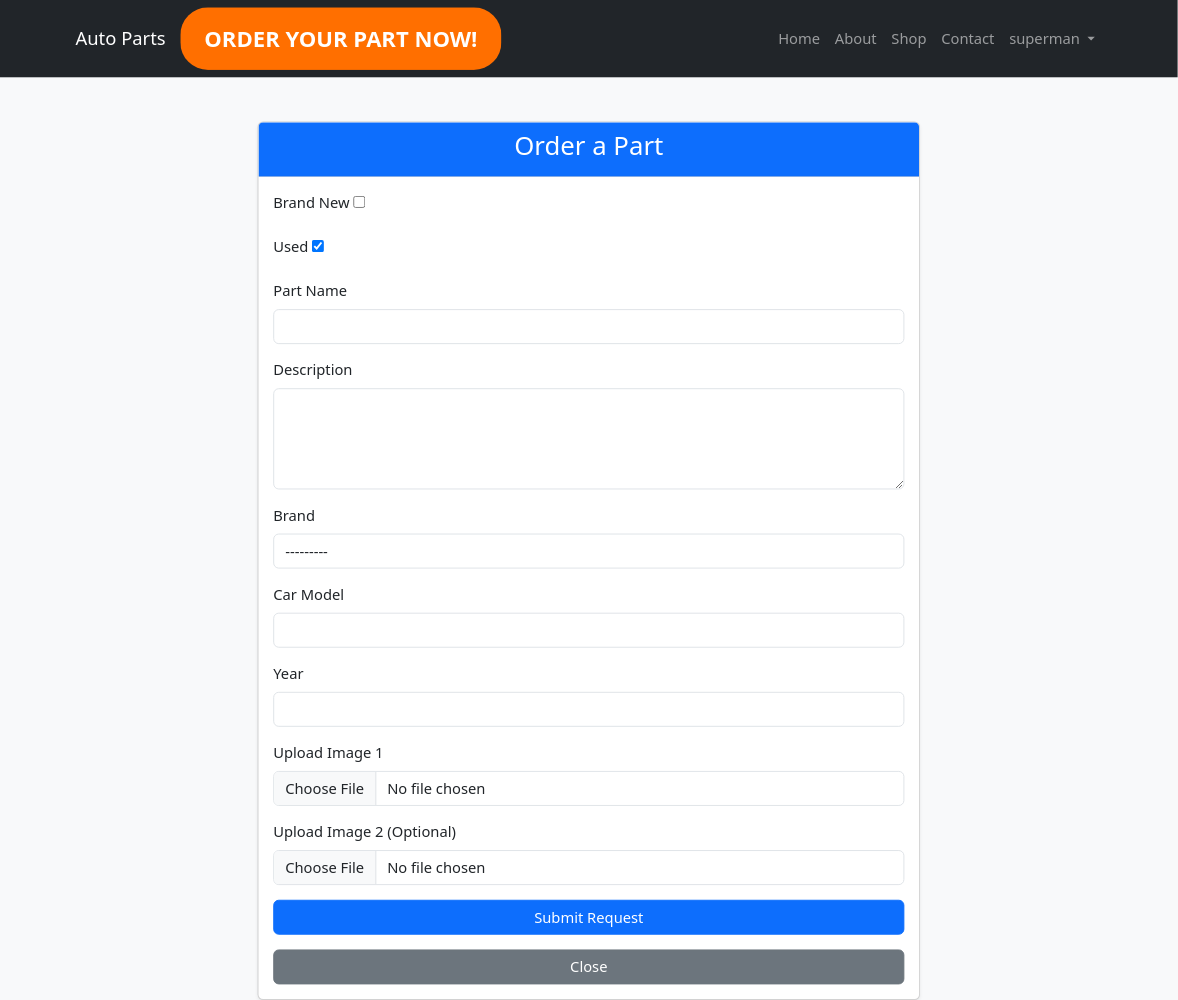
Repository: Jijiluzana225/onlineparts
Page: http://localhost/order/
An editor plug-in stored every save of this project. The page is shown before and after the next save, followed by the edit.
The browser window is 1280 px wide. The pictures show the whole page, at 92% of full size.
The page is served by the project's application, run on Django 5.2 (manage.py). The first stored user is signed in. The page reads the database file committed with the project.

Above is the page before, as saved 2025-02-19 13:49:25.

After the next save:
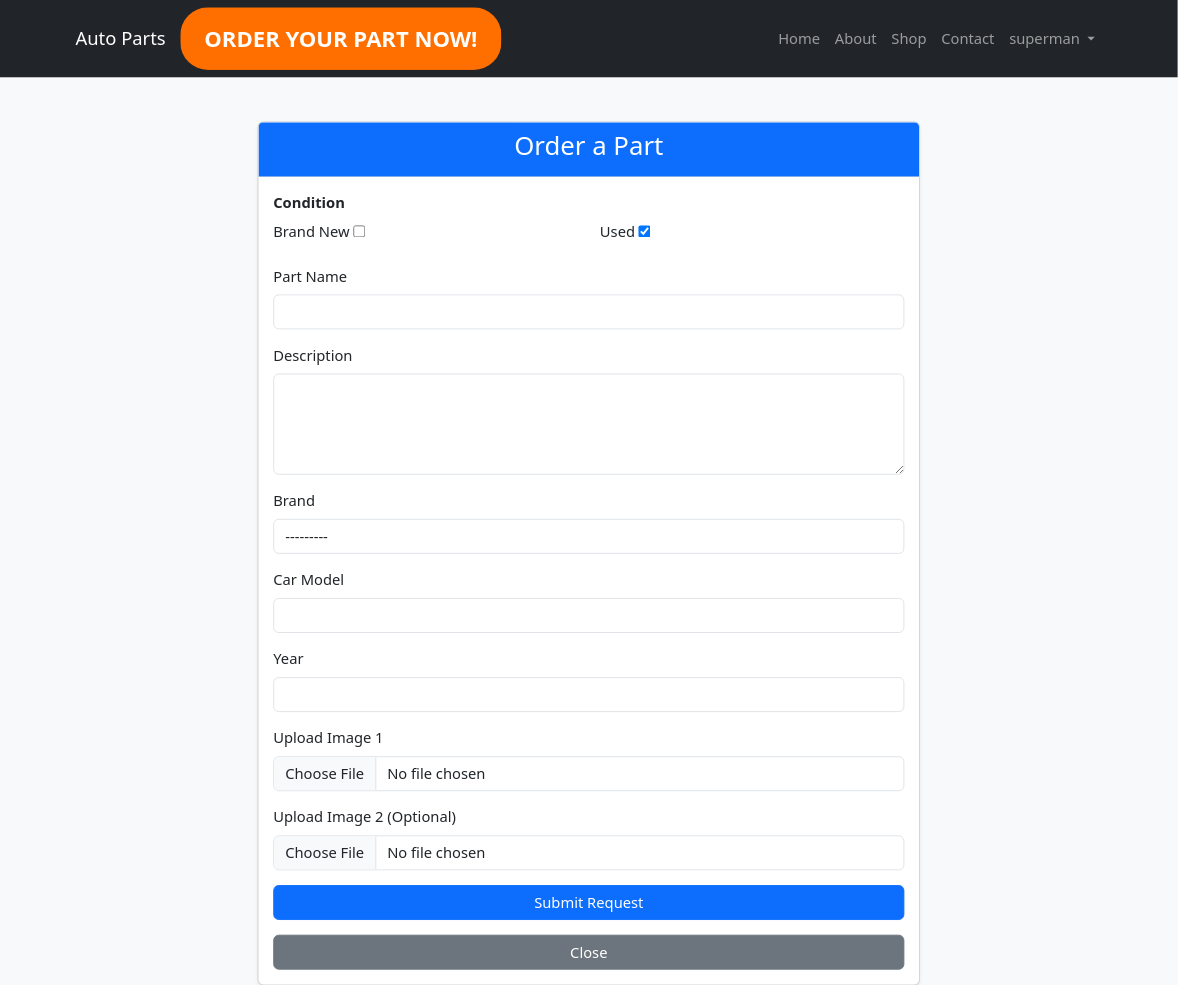
Saved 64 s later.
--- a/orders/templates/orders/order_part.html
+++ b/orders/templates/orders/order_part.html
@@ -14,15 +14,19 @@
                         {% csrf_token %}
 
                         <div class="mb-3">
-                            <label class="form-label">Brand New</label>
-                            {{ form.brand_new }}
+                            <label class="form-label fw-bold">Condition</label> <!-- Container Label -->
+                            <div class="row">
+                                <div class="col">
+                                    <label class="form-label">Brand New</label>
+                                    {{ form.brand_new }}
+                                </div>
+                                <div class="col">
+                                    <label class="form-label">Used</label>
+                                    {{ form.used }}
+                                </div>
+                            </div>
+                        </div>
 
-                        </div>
-                        <div class="mb-3">
-                            <label class="form-label">Used</label>
-
-                            {{ form.used }}
-                        </div>
                         <div class="mb-3">
                             <label class="form-label">Part Name</label>
                             {{ form.part_name }}
